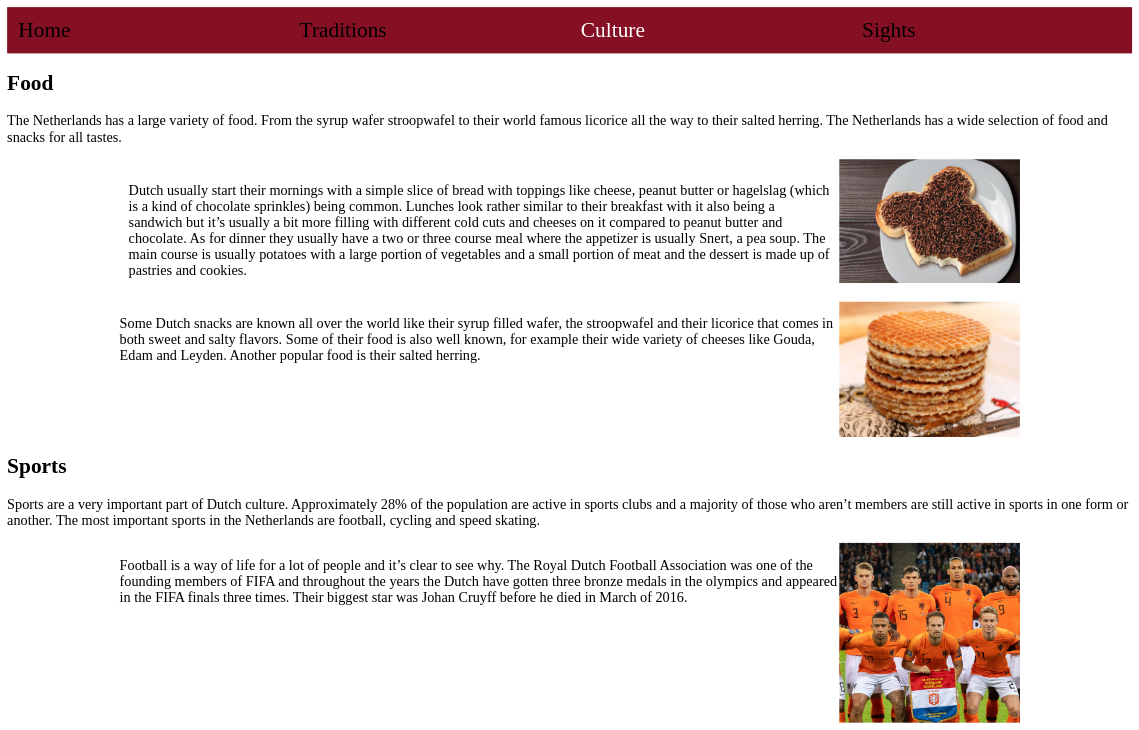
Repository: Cornman63/The-netherlands
Page: html/culture2.html
These files come from the project's save history. The page is drawn as it stood at one moment and after the next save; the edit follows.
The browser window is 1280 px wide. The pictures show the whole page, at 89% of full size.

Above is the page before, as saved 2023-05-26 13:14:22.

After the next save:
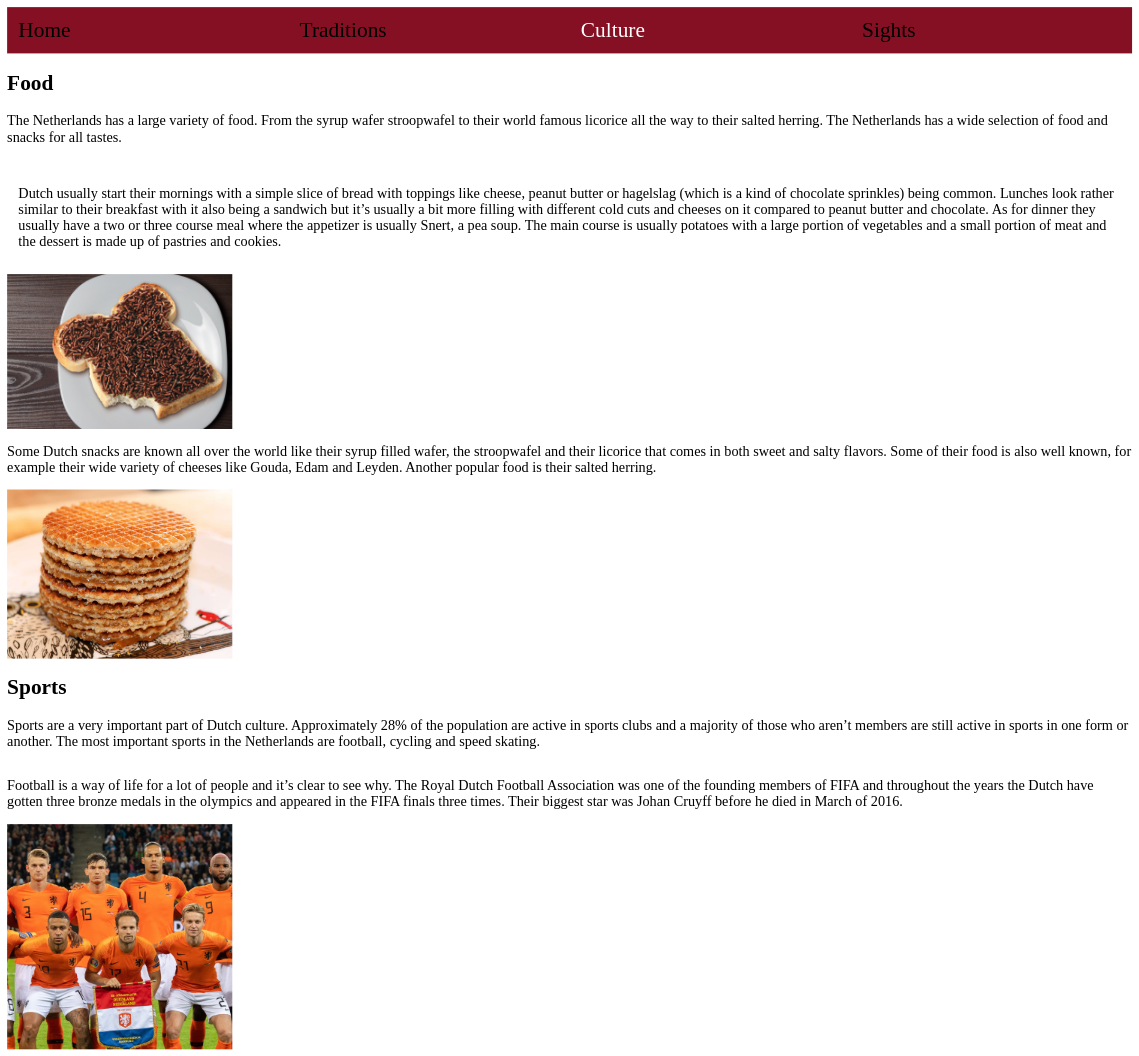
Saved 17 s later.
--- a/html/culture2.html
+++ b/html/culture2.html
@@ -23,11 +23,11 @@
         </p>
     </div>
     <div class="foodmain">
-        <div class="food">
+        <div class="item">
             <p class="start">Dutch usually start their mornings with a simple slice of bread with toppings like cheese, peanut butter or hagelslag (which is a kind of chocolate sprinkles) being common. Lunches look rather similar to their breakfast with it also being a sandwich but it’s usually a bit more filling with different cold cuts and cheeses on it compared to peanut butter and chocolate. As for dinner they usually have a two or three course meal where the appetizer is usually Snert, a pea soup. The main course is usually potatoes with a large portion of vegetables and a small portion of meat and the dessert is made up of pastries and cookies. </p>
             <img src="../images\hagelslag.jpg" alt="hagelslag" class="img">
         </div>
-        <div class="food">
+        <div class="item">
             <p>Some Dutch snacks are known all over the world like their syrup filled wafer, the stroopwafel and their licorice that comes in both sweet and salty flavors. Some of their food is also well known, for example their wide variety of cheeses like Gouda, Edam and Leyden. Another popular food is their salted herring.</p>
             <img src="../images/stroopwafel.jpg" alt="stroopwafel" class="img">
         </div>
@@ -37,7 +37,7 @@
             <p>Sports are a very important part of Dutch culture. Approximately 28% of the population are active in sports clubs and a majority of those who aren’t members are still active in sports in one form or another. The most important sports in the Netherlands are football, cycling and speed skating. </p>
         </div>
         <div class="sportmain">
-            <div class="food">
+            <div class="item">
             <p>Football is a way of life for a lot of people and it’s clear to see why. The Royal Dutch Football Association was one of the founding members of FIFA and throughout the years the Dutch have gotten three bronze medals in the olympics and appeared in the FIFA finals three times. Their biggest star was Johan Cruyff before he died in March of 2016. </p>
             <img src="../images/football.jpg" alt="dutch football" class="img">
             </div>

After the save that followed:
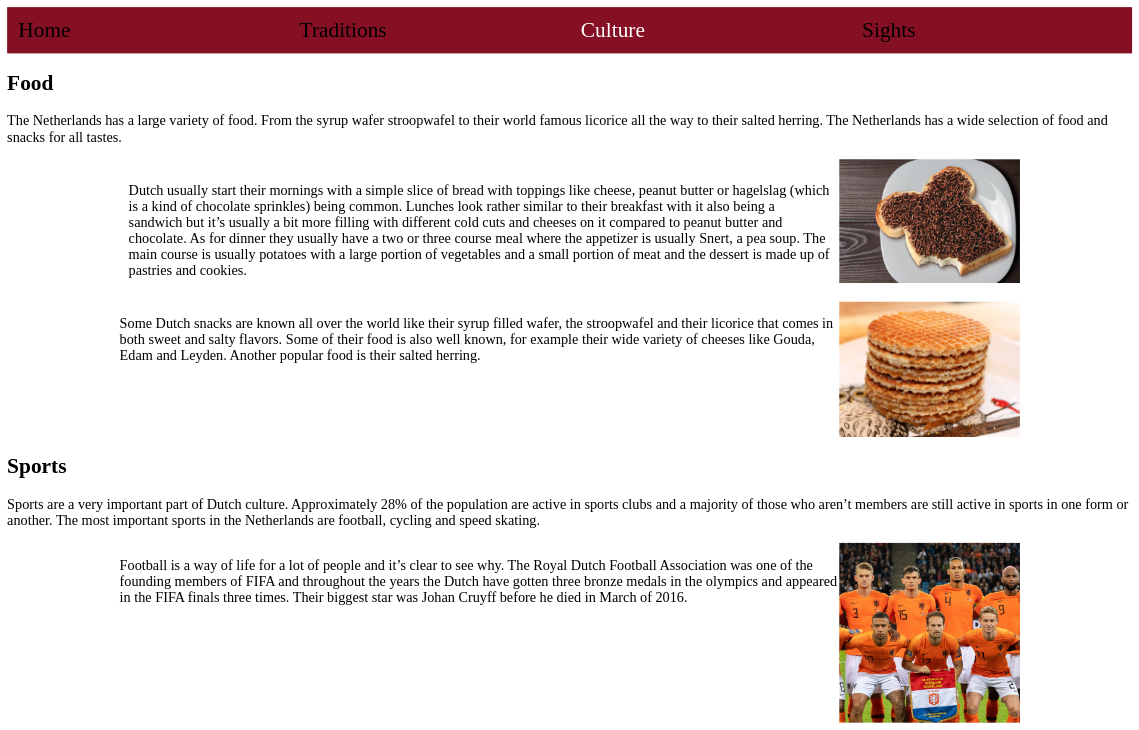
Saved 6 s later.
--- a/CSS/style2.css
+++ b/CSS/style2.css
@@ -35,7 +35,7 @@
     display: flex;
     flex-direction: column;
 }
-.food {
+.item{
     max-width: 80%;
     margin: auto;
     display: flex;
